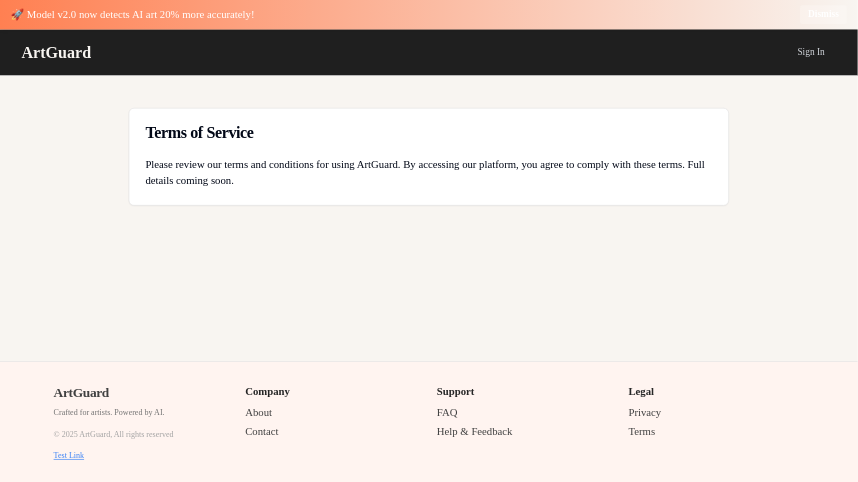
Repository: Arunkumar158/artguard
Page: /terms-of-service
An editor plug-in stored every save of this project. The page is shown before and after the next save, followed by the edit.
The browser window is 1280 px wide. The pictures show the whole page, at 67% of full size.
The project was rebuilt for these pictures with package versions that can differ from the ones it lists, and the page was loaded fresh each time. Also part of the build but not shown: vite.config.ts, src/components/ui/button.tsx, src/components/ui/label.tsx, src/components/ui/form.tsx, src/components/ui/input.tsx, src/components/ui/tabs.tsx, src/components/ui/alert-dialog.tsx, src/components/auth/AuthForm.tsx and 25 more.

Above is the page before, as saved 2025-07-14 09:40:27.

After the next save:
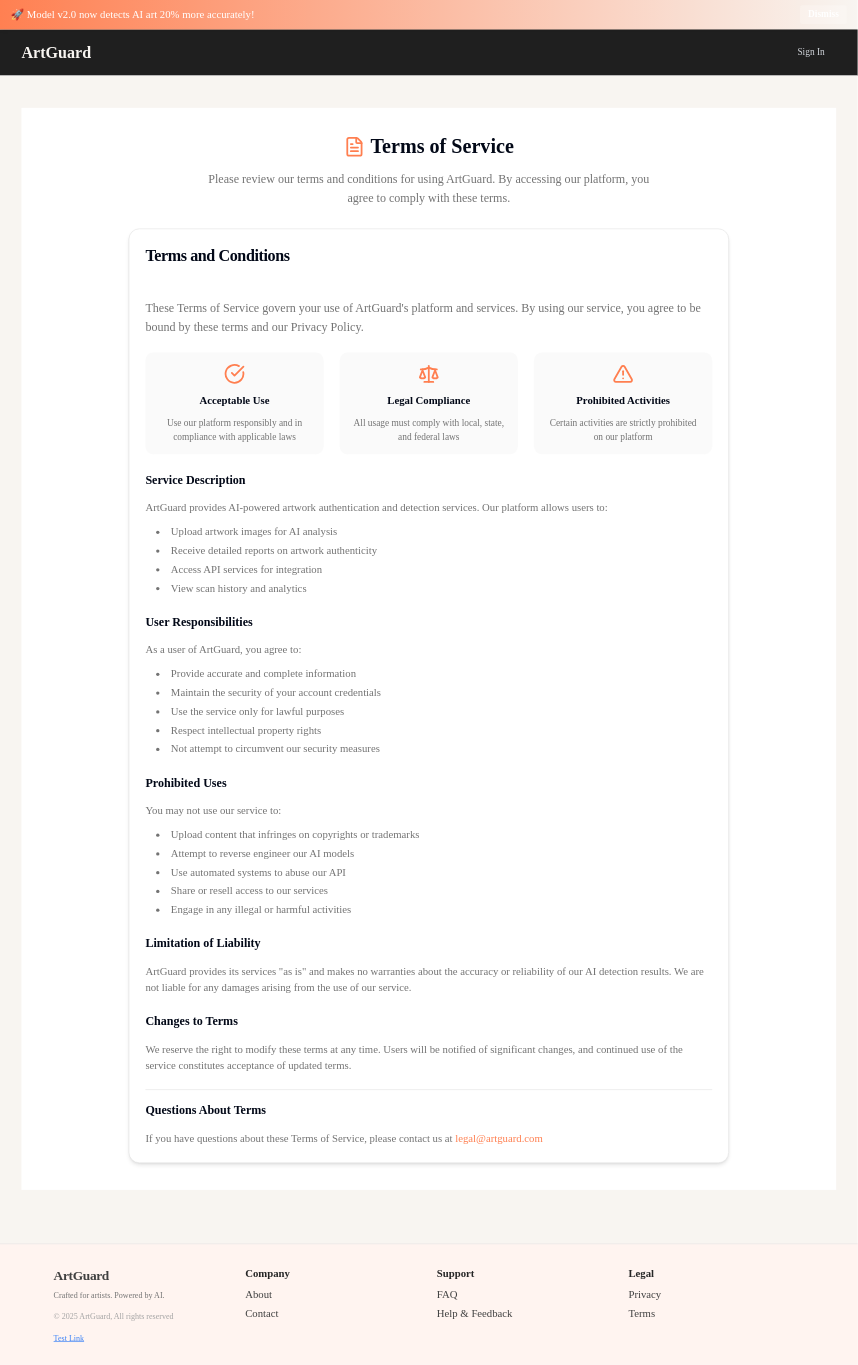
Saved 30 s later.
--- a/src/pages/TermsOfService.tsx
+++ b/src/pages/TermsOfService.tsx
@@ -1,18 +1,136 @@
 import { Card, CardHeader, CardTitle, CardContent } from "@/components/ui/card";
+import { FileText, CheckCircle, AlertTriangle, Scale } from "lucide-react";
 
 export default function TermsOfService() {
   return (
-    <div className="max-w-4xl mx-auto">
-      <Card>
-        <CardHeader>
-          <CardTitle>Terms of Service</CardTitle>
-        </CardHeader>
-        <CardContent>
-          <p>
-            Please review our terms and conditions for using ArtGuard. By accessing our platform, you agree to comply with these terms. Full details coming soon.
+    <div className="min-h-screen bg-background py-6 sm:py-10 px-4 sm:px-6 lg:px-8">
+      <div className="max-w-4xl mx-auto space-y-6 sm:space-y-8">
+        {/* Page Header */}
+        <div className="text-center space-y-4">
+          <h1 className="text-xl sm:text-2xl md:text-3xl font-bold text-foreground flex items-center justify-center gap-2">
+            <FileText className="w-6 h-6 sm:w-8 sm:h-8 text-brand" />
+            Terms of Service
+          </h1>
+          <p className="text-base sm:text-lg text-muted-foreground max-w-2xl mx-auto">
+            Please review our terms and conditions for using ArtGuard. By accessing our platform, you agree to comply with these terms.
           </p>
-        </CardContent>
-      </Card>
+        </div>
+
+        {/* Main Content */}
+        <Card className="rounded-2xl shadow-md">
+          <CardHeader className="p-4 sm:p-6">
+            <CardTitle className="text-lg sm:text-xl md:text-2xl font-bold text-foreground">
+              Terms and Conditions
+            </CardTitle>
+          </CardHeader>
+          <CardContent className="p-4 sm:p-6 space-y-6">
+            <p className="text-base sm:text-lg text-muted-foreground leading-relaxed">
+              These Terms of Service govern your use of ArtGuard's platform and services. By using our service,
+              you agree to be bound by these terms and our Privacy Policy.
+            </p>
+
+            {/* Key Terms */}
+            <div className="grid grid-cols-1 md:grid-cols-3 gap-4 sm:gap-6 mt-8">
+              <div className="flex flex-col items-center text-center space-y-3 p-4 rounded-xl bg-muted/50">
+                <CheckCircle className="w-8 h-8 text-brand" />
+                <h3 className="font-semibold text-base">Acceptable Use</h3>
+                <p className="text-sm text-muted-foreground">
+                  Use our platform responsibly and in compliance with applicable laws
+                </p>
+              </div>
+
+              <div className="flex flex-col items-center text-center space-y-3 p-4 rounded-xl bg-muted/50">
+                <Scale className="w-8 h-8 text-brand" />
+                <h3 className="font-semibold text-base">Legal Compliance</h3>
+                <p className="text-sm text-muted-foreground">
+                  All usage must comply with local, state, and federal laws
+                </p>
+              </div>
+
+              <div className="flex flex-col items-center text-center space-y-3 p-4 rounded-xl bg-muted/50">
+                <AlertTriangle className="w-8 h-8 text-brand" />
+                <h3 className="font-semibold text-base">Prohibited Activities</h3>
+                <p className="text-sm text-muted-foreground">
+                  Certain activities are strictly prohibited on our platform
+                </p>
+              </div>
+            </div>
+
+            {/* Service Description */}
+            <div className="space-y-4">
+              <h3 className="text-lg font-semibold text-foreground">Service Description</h3>
+              <div className="space-y-3 text-sm sm:text-base text-muted-foreground">
+                <p>ArtGuard provides AI-powered artwork authentication and detection services. Our platform allows users to:</p>
+                <ul className="list-disc list-inside space-y-1 ml-4">
+                  <li>Upload artwork images for AI analysis</li>
+                  <li>Receive detailed reports on artwork authenticity</li>
+                  <li>Access API services for integration</li>
+                  <li>View scan history and analytics</li>
+                </ul>
+              </div>
+            </div>
+
+            {/* User Responsibilities */}
+            <div className="space-y-4">
+              <h3 className="text-lg font-semibold text-foreground">User Responsibilities</h3>
+              <div className="space-y-3 text-sm sm:text-base text-muted-foreground">
+                <p>As a user of ArtGuard, you agree to:</p>
+                <ul className="list-disc list-inside space-y-1 ml-4">
+                  <li>Provide accurate and complete information</li>
+                  <li>Maintain the security of your account credentials</li>
+                  <li>Use the service only for lawful purposes</li>
+                  <li>Respect intellectual property rights</li>
+                  <li>Not attempt to circumvent our security measures</li>
+                </ul>
+              </div>
+            </div>
+
+            {/* Prohibited Uses */}
+            <div className="space-y-4">
+              <h3 className="text-lg font-semibold text-foreground">Prohibited Uses</h3>
+              <div className="space-y-3 text-sm sm:text-base text-muted-foreground">
+                <p>You may not use our service to:</p>
+                <ul className="list-disc list-inside space-y-1 ml-4">
+                  <li>Upload content that infringes on copyrights or trademarks</li>
+                  <li>Attempt to reverse engineer our AI models</li>
+                  <li>Use automated systems to abuse our API</li>
+                  <li>Share or resell access to our services</li>
+                  <li>Engage in any illegal or harmful activities</li>
+                </ul>
+              </div>
+            </div>
+
+            {/* Limitation of Liability */}
+            <div className="space-y-4">
+              <h3 className="text-lg font-semibold text-foreground">Limitation of Liability</h3>
+              <p className="text-sm sm:text-base text-muted-foreground">
+                ArtGuard provides its services "as is" and makes no warranties about the accuracy or reliability
+                of our AI detection results. We are not liable for any damages arising from the use of our service.
+              </p>
+            </div>
+
+            {/* Changes to Terms */}
+            <div className="space-y-4">
+              <h3 className="text-lg font-semibold text-foreground">Changes to Terms</h3>
+              <p className="text-sm sm:text-base text-muted-foreground">
+                We reserve the right to modify these terms at any time. Users will be notified of significant changes,
+                and continued use of the service constitutes acceptance of updated terms.
+              </p>
+            </div>
+
+            {/* Contact Information */}
+            <div className="space-y-4 pt-4 border-t">
+              <h3 className="text-lg font-semibold text-foreground">Questions About Terms</h3>
+              <p className="text-sm sm:text-base text-muted-foreground">
+                If you have questions about these Terms of Service, please contact us at{' '}
+                <a href="mailto:legal@artguard.com" className="text-brand hover:underline">
+                  legal@artguard.com
+                </a>
+              </p>
+            </div>
+          </CardContent>
+        </Card>
+      </div>
     </div>
   );
 }
